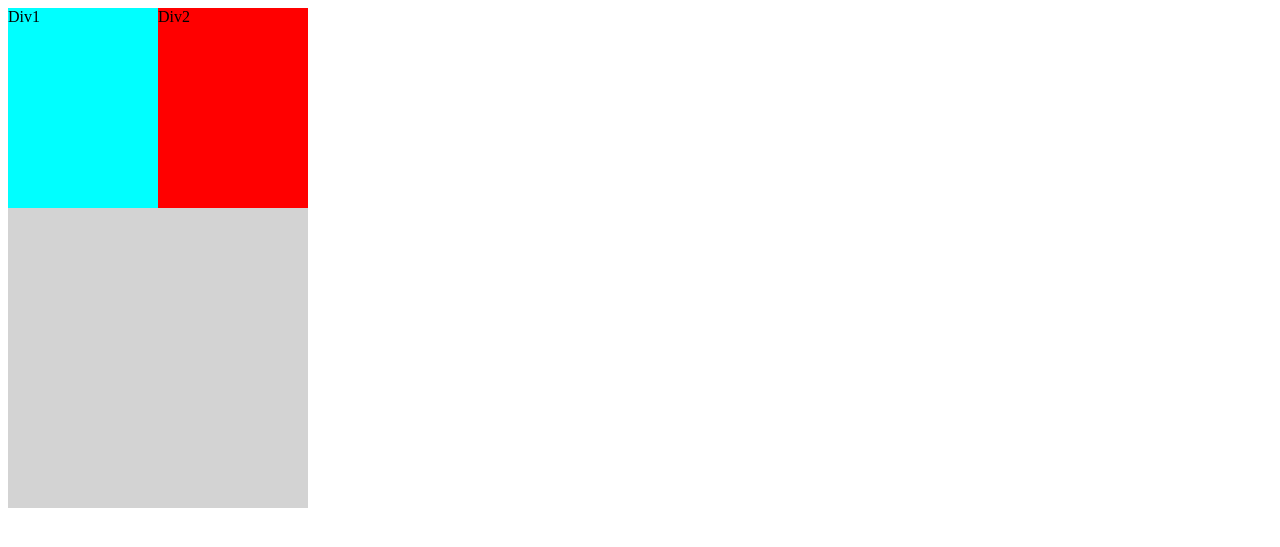
Repository: Sayan-100/Javascript
Page: Flex grow and shrink/index.html
An editor plug-in stored every save of this project. The page is shown before and after the next save, followed by the edit.
The browser window is 1280 px wide. The pictures show the whole page.

Above is the page before, as saved 2021-12-31 14:58:21.

### Flex grow and shrink/index.html
<!DOCTYPE html>
<html lang="en">

<head>
    <meta charset="UTF-8">
    <meta http-equiv="X-UA-Compatible" content="IE=edge">
    <meta name="viewport" content="width=device-width, initial-scale=1.0">
    <link rel="stylesheet" href="style.css">
    <title>Document</title>
</head>

<body>
    <div id="container">
        <div id="div1">
            Div1
        </div>
        <div id="div2">
            Div2
        </div>
        <!-- <div id="div3">
            Div3
        </div>
        <div id="div4">
            Div4
        </div>
        <div id="div5">
            Div5
        </div> -->
    </div>
</body>

</html>

### Flex grow and shrink/style.css
#container {
    height: 500px;
    width: 300px;
    background-color: lightgrey;
    display: flex;
}

#container div {
    height: 200px;
    width: 200px;
}


/* flex-grow */


/* #div1 {
    background-color: cyan; */


/* adjust the containers such that they occupy the remaining spaces */


/* flex-grow: 1; */


/* flex-grow: 4; */


/*(4/ 5 th space) */


/* } */


/* #div2 {
    background-color: red;
    flex-grow: 1; */


/*(1/ 5 th space)*/


/* } */


/* total containers are two so if flex grow is 1 for both so 1 / 2 space will
be occupied by every div */


/* flex shrink */


/* if space is less and i need to adjust the divs */

#div1 {
    background-color: cyan;
    flex-grow: 4;
}

#div2 {
    background-color: red;
    flex-grow: 1;
}

After the next save:
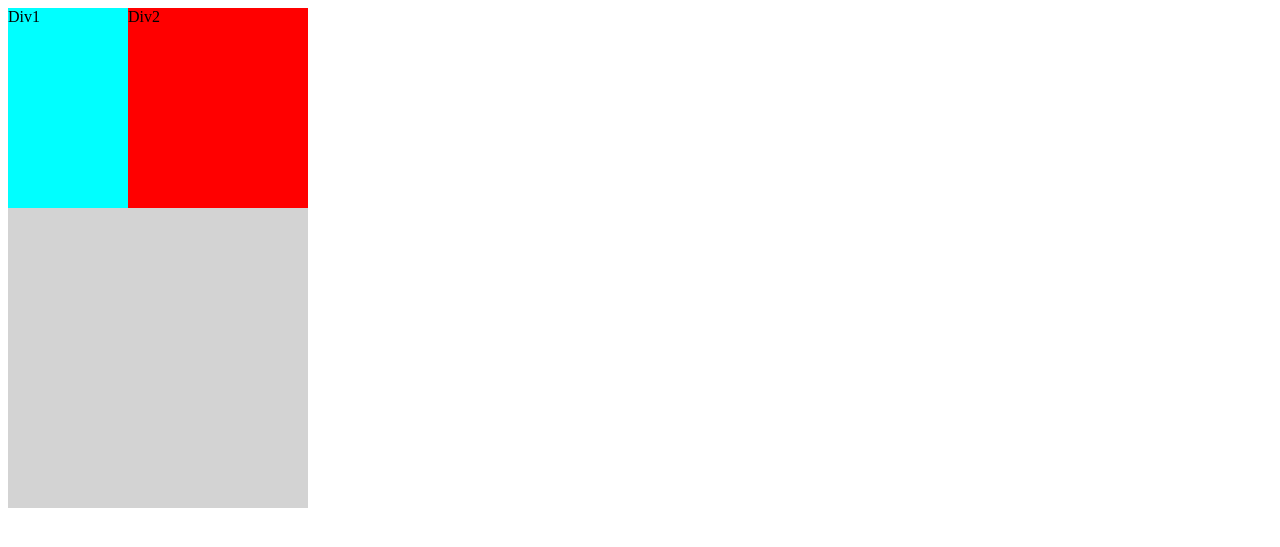
Saved 23 s later.
--- a/Flex grow and shrink/style.css
+++ b/Flex grow and shrink/style.css
@@ -56,6 +56,7 @@
 #div1 {
     background-color: cyan;
     flex-grow: 4;
+    flex-shrink: 4;
 }
 
 #div2 {
